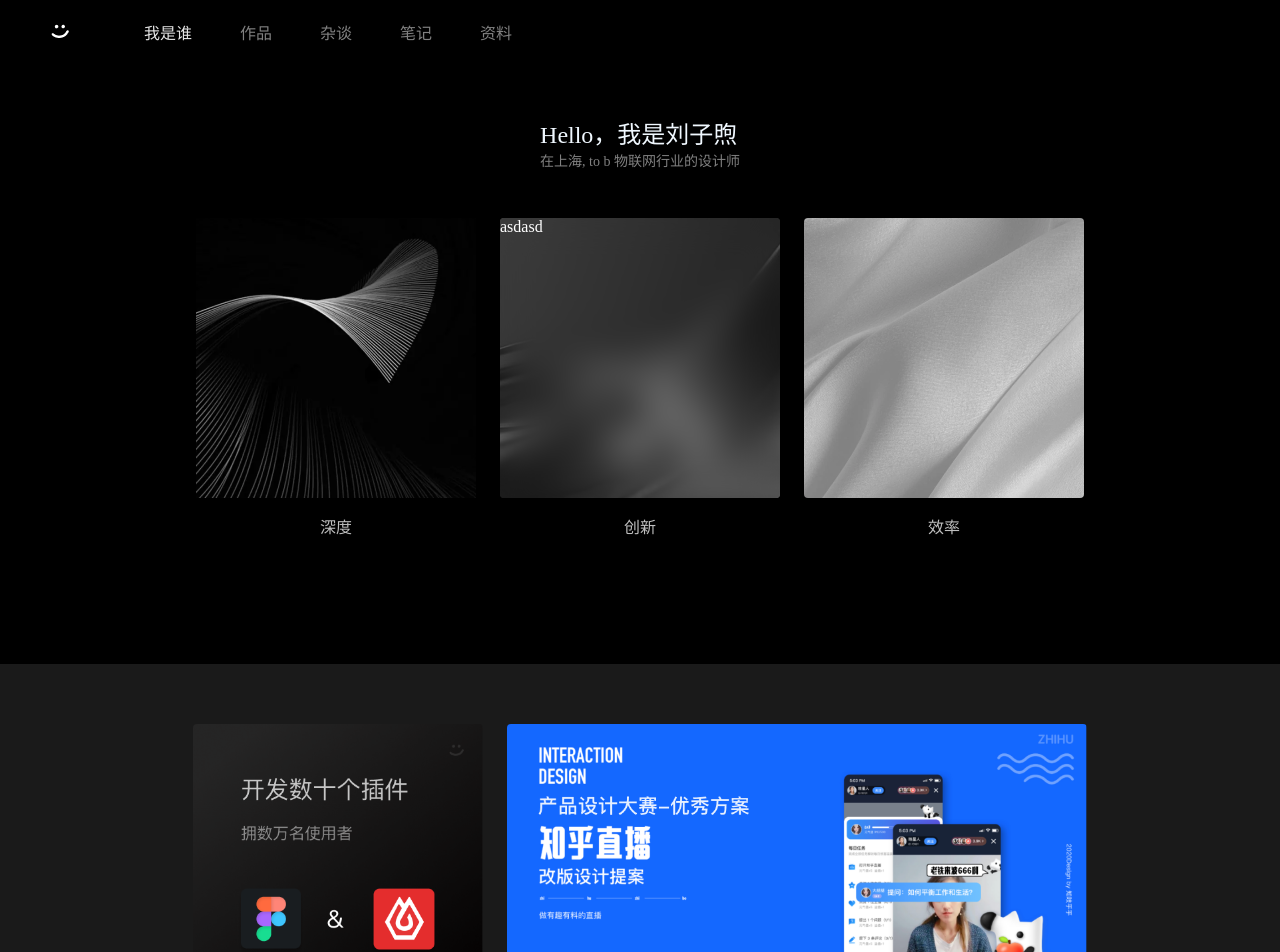
Repository: LiuZixu-aurelio/myblog-Vue
Page: /#/home/who
An editor plug-in stored every save of this project. The page is shown before and after the next save, followed by the edit.
The browser window is 1280 px wide. The pictures show the part of the page from y = 0 to 952 px (the page is 2936 px tall).
The project was rebuilt for these pictures with package versions that can differ from the ones it lists, and the page was loaded fresh each time. Also part of the build but not shown: vue.config.js, src/views/PreView.vue, src/components/cardCom.vue, src/views/project.vue, src/views/talk.vue, src/views/sign.vue, src/views/test.vue, src/components/detailCom.vue.

Above is the page before, as saved 2022-09-05 13:16:56.

After the next save:
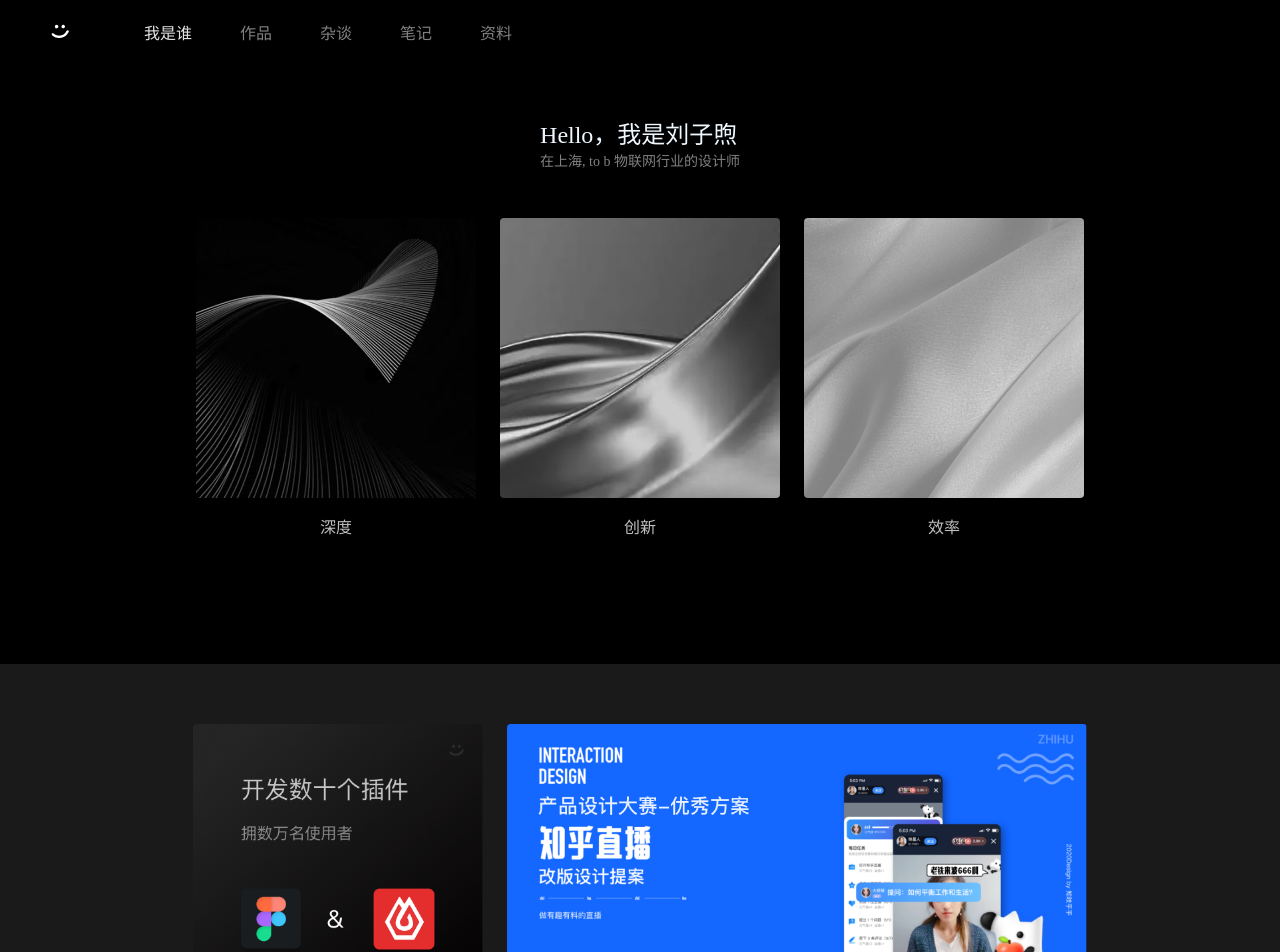
Saved 3 min 56 s later.
--- a/src/views/who.vue
+++ b/src/views/who.vue
@@ -130,6 +130,7 @@
 
 }
 .menban {
+  display: none;
   width: 280px;
   height: 280px;
   border-radius: 4px;
@@ -139,6 +140,9 @@
   color: #fff;
   position:absolute;
 }
+.menban:hover {
+  display: block;
+}
 #a1 {
   width: 280px;
   height: 280px;

After the 2 saves that followed:
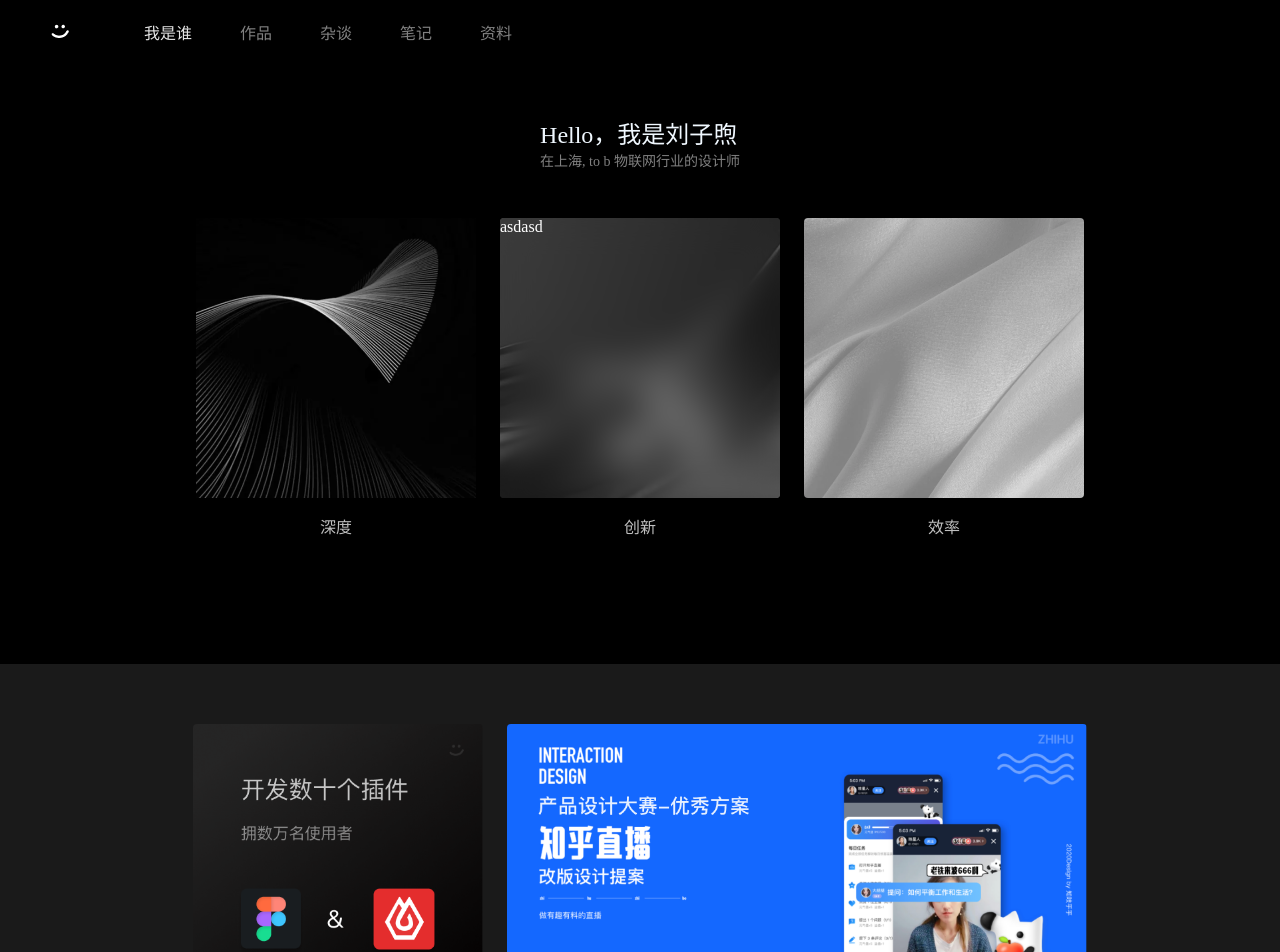
The 2 saves are shown as one change because 1 left the picture as it was.
The last was saved 105 s later.
--- a/src/views/who.vue
+++ b/src/views/who.vue
@@ -130,7 +130,8 @@
 
 }
 .menban {
-  display: none;
+      visibility:visible;
+
   width: 280px;
   height: 280px;
   border-radius: 4px;
@@ -141,7 +142,7 @@
   position:absolute;
 }
 .menban:hover {
-  display: block;
+    visibility:visible;
 }
 #a1 {
   width: 280px;
